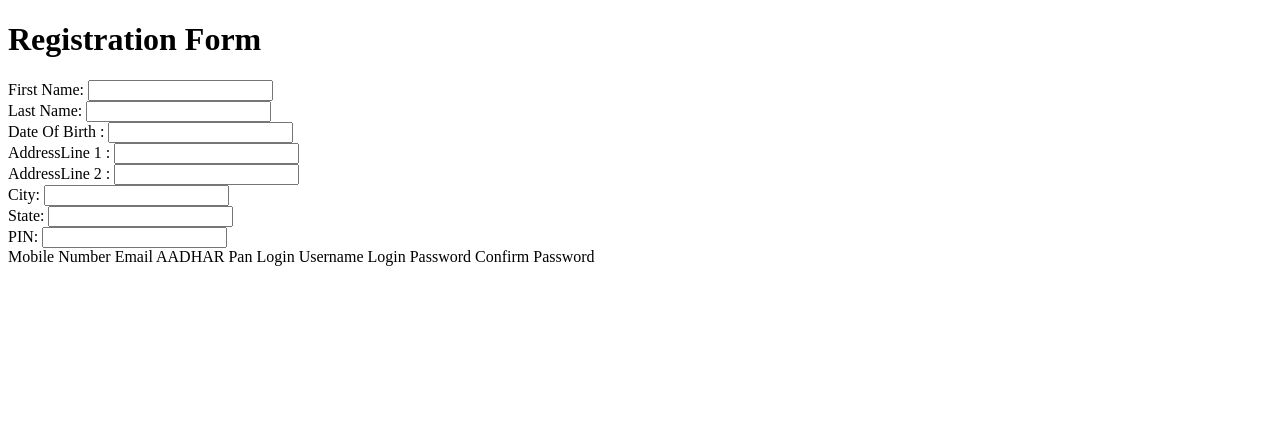
Repository: ishani17/DHANJYOTHI_BANKINGPROJECT
Page: http://localhost/netbank-dev/src/webapp/views/registration.jsp
These files come from the project's save history. The page is drawn as it stood at one moment and after the next save; the edit follows.
The browser window is 1280 px wide. The pictures show the whole page.
The page is served by Tomcat 9.

Above is the page before, as saved 2020-06-30 12:13:31.

After the next save:
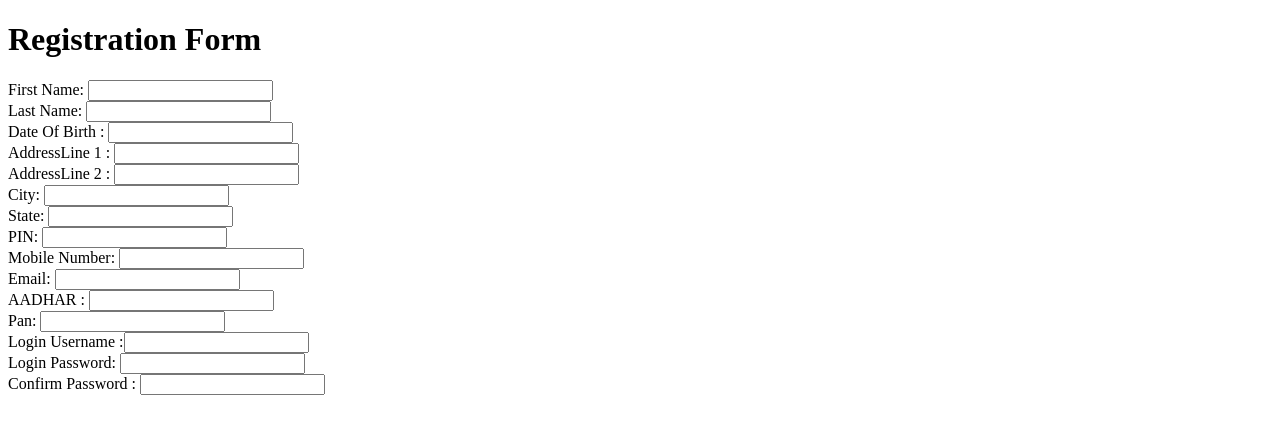
Saved 108 s later.
--- a/netbank-dev/src/webapp/views/registration.jsp
+++ b/netbank-dev/src/webapp/views/registration.jsp
@@ -21,13 +21,14 @@
   City: <input id= "FirstName" name="FirstName"/><br>
   State: <input id= "FirstName" name="FirstName"/><br>
   PIN: <input id= "FirstName" name="FirstName"/><br>
-  Mobile Number
-  Email
-  AADHAR
-  Pan
-  Login Username
-  Login Password
-  Confirm Password
+  Mobile Number: <input id= "FirstName" name="FirstName"/><br>
+  Email: <input id= "FirstName" name="FirstName"/><br>
+
+  AADHAR : <input id= "FirstName" name="FirstName"/><br>
+  Pan: <input id= "FirstName" name="FirstName"/><br>
+  Login Username :<input id= "FirstName" name="FirstName"/><br>
+  Login Password: <input id= "FirstName" name="FirstName"/><br>
+  Confirm Password : <input id= "FirstName" name="FirstName"/><br>
 
 
 
